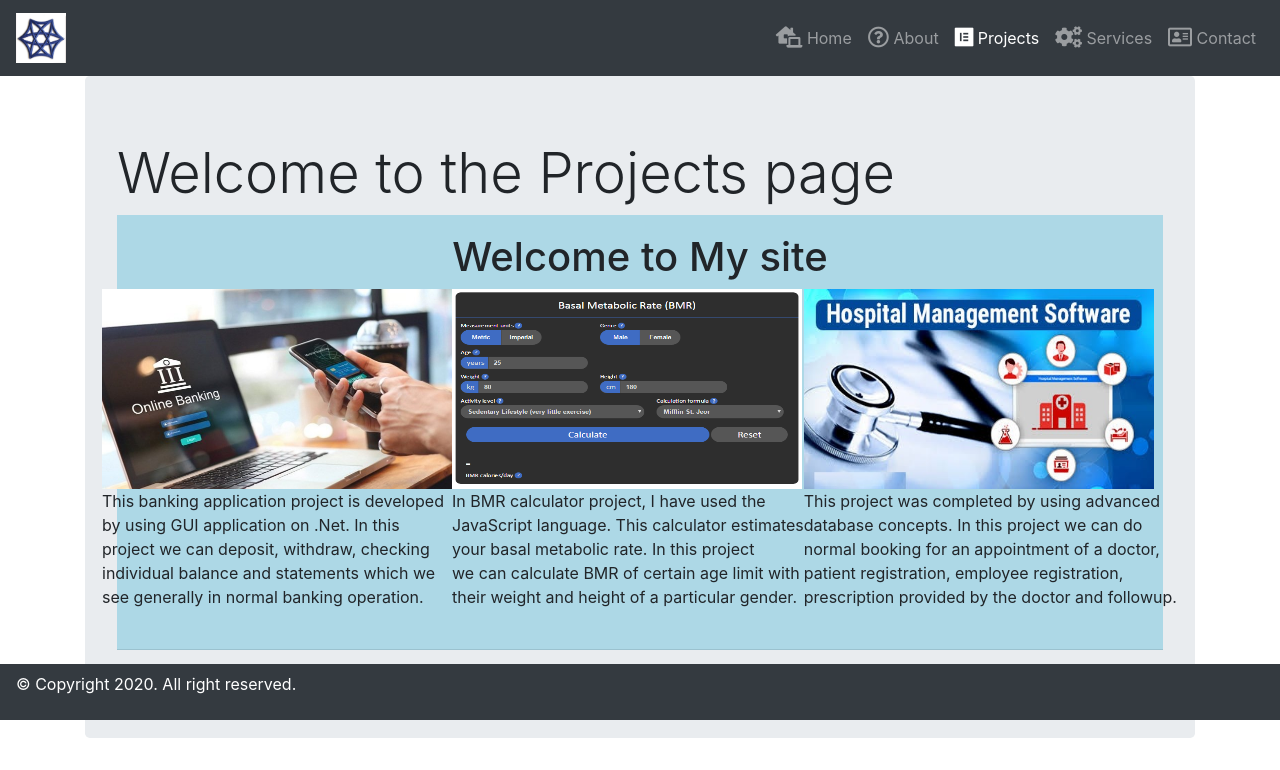
Repository: laxmangothe2020/COMP229Assignment
Page: http://localhost/projects
The author's editor kept a copy of each file at every save. The page is drawn from the files as they stood at one save, then again after the next save.
The browser window is 1280 px wide. The pictures show the whole page.
The page is served by the project's Node server (server.js). Other server files are loaded and not shown.

Above is the page before, as saved 2021-02-11 21:06:35.

### views/index.ejs

<%- include partials/header.ejs %>

   <%- include partials/main_nav.ejs %>

      <!-- Main Contain -->
   <main class="container">
    <div class="jumbotron">
    <h1 class="display-4"> Welcome to the <%= title %> page </h1>
    <!--Using Switch case all infornation passed through here-->
      <% switch (title) {
        case 'Home' : %>
        <%- include partials/home.ejs %>
                <% break;

        case 'About' : %>
        <%- include partials/about.ejs %>
                <% break;

        case 'Projects' : %>
        <%- include partials/projects.ejs %>
                <% break;

        case 'Services' : %>
        <%- include partials/services.ejs %>
                <% break;

        case 'Contact' : %>
        <%- include partials/contact.ejs %>
              <% break;
       } %>
      <hr class="my-4">
    </div>
  </main>

   <%- include partials/bottom_nav.ejs %>


    <%- include partials/footer.ejs %>

### views/partials/header.ejs

<!DOCTYPE html>
<html lang="en">
  <head>
   <meta charset="UTF-8">
   <meta name="viewport" content="with=device-width, initial-scale=1.0">
    <title><%= title %></title>

  <!-- CSS Section-->
  <link rel="stylesheet" href="/bootstrap/dist/css/bootstrap.min.css">
  <link rel="stylesheet" href="/@fortawesome/fontawesome-free/css/all.min.css">
  <link rel='stylesheet' href='/Content/app.css'/>

</head>
<body>

### views/partials/main_nav.ejs
<!-- Main Navigation -->
   <nav class="navbar navbar-expand-lg navbar-dark bg-dark">
      <a class="navbar-brand" href="/"><img src="./Assets/images/hexagon.jpg" alt="Hexagon picture" width="50" height="50"></a>
      <button class="navbar-toggler" type="button" data-toggle="collapse" data-target="#navbarSupportedContent" aria-controls="navbarSupportedContent" aria-expanded="false" aria-label="Toggle navigation">
       <span class="navbar-toggler-icon"></span>
     </button>

     <div class="collapse navbar-collapse" id="navbarSupportedContent">
        <ul class="navbar-nav ml-auto">

          <% if (title == "Home") { %>
        <li class="nav-item active">
        <% } else { %>
        <li class="nav-item">
        <% } %>
          <a class="nav-link" href="/home"><i class="fas fa-lg fa-laptop-house"></i> Home </a>
        </li>

        <% if (title == "About") { %>
          <li class="nav-item active">
          <% } else { %>
          <li class="nav-item">
          <% } %>
        <a class="nav-link" href="/about"><i class="far fa-lg fa-question-circle"></i> About </a>
        </li>

        <% if (title == "Projects") { %>
          <li class="nav-item active">
          <% } else { %>
          <li class="nav-item">
          <% } %>
        <a class="nav-link" href="/projects"><i class="fab fa-lg fa-elementor"></i> Projects </a>
        </li>

        <% if (title == "Services") { %>
          <li class="nav-item active">
          <% } else { %>
          <li class="nav-item">
          <% } %>
        <a class="nav-link" href="/services"><i class="fas fa-lg fa-cogs"></i> Services </a>
        </li>

        <% if (title == "Contact") { %>
          <li class="nav-item active">
          <% } else { %>
          <li class="nav-item">
          <% } %>
        <a class="nav-link" href="/contact"><i class="far fa-lg fa-address-card"></i> Contact </a>

        </li>

      </div>
    </nav>

### views/partials/home.ejs
<body>
   <div style="background-color: lightblue;margin-bottom: 10px">
                    <h3 style="padding-left: 40px;padding-top:10px;color: #AA7439"><h1 style="text-align:center;">Welcome to My site</h1>
                    <div style="width: 100%;height:100%;background-color:lightblue;">
                        <img src="./Assets/images/homeimg.png" alt="3D Picture" width="450" style="float: right;margin-left: 20px;margin-right:20px;">
                       <p style="padding-left:15px; padding-right: 10px; color:#696969;margin:20px;text-align: justify;line-height:1.7;padding-bottom: 20px;">
                           Your new MyWebsite Now is here! Let's build and publish your website together. We developed this series of help articles to introduce you to the basic functions of web design with your MyWebsite Now.Our industry software experts have years of experience building business automation web solutions for a number of verticals. We use custom APIs and our mastery of web services to build web-based automation services for applications like inventory control, digital marketing and customer relationship management.
                           <br> <br><b> MISSION STATEMENT </b><br><br>
                            My mission is to have a successful careers in software engineering and graduate education with a thorough understanding of software engineering and experiential learning opportunities to apply that knowledge to solve real-world problems.
                             </p>
                    </div>
                    </div>
        <p>
         <h5 style="text-align:center;"><a href="/about"> About Page</a></h5>
        </p>
         <div >
                <div class="social" style="float:left;clear:none;float: right;">

                   <img src="./Assets/images/fbcolor.png">

                   <img src="./Assets/images/InstaColor.png">

                    <img src="./Assets/images/twitterColor.png">
                    <img src="./Assets/images/gPlusColor.png">
               </div>
            </div>

</body>

### views/partials/about.ejs

         <div id="contentEditable">


                    <div style="background-color: lightblue;">
                        <h3 style="padding-left: 40px;padding-top:20px;color: #AA7439"><h3 style="text-align:center;"> About Me </h3>
                        <div style="width: 100%;height:100%;background-color:lightblue;">
                            <img src="./Assets/images/laxman.jpeg" alt="Security for Life" width="300" style="float: right;margin-left: 30px;margin-right:30px">
                           <p style="padding-left:15px; padding-right: 10px; color:#696969;margin:20px;text-align: justify;line-height:1.7;padding-bottom: 20px;">
                             Hello, my name is Laxman Gothe. Currently, I am a student of Software Engineering Technology in the 3rd semester. I am from Nepal. I believe that learning never ends. I love hiking, rafting, and traveling to new places in my free time.
                             <br>
                             <br>
                             Regarding to my education, I had completed a bachlor's degree in Electronics and Communication Engineering fro Tribhuvan University, Nepal.
                             <br>
                             <br>
                             I had enrolled in Software Engineering Technology at Centennial College to a software developer and currently I am enrolled in 3rd semester. Software technology is my first subject that I am taking in Canada and I am enjoying it as it is my part of interest too.
                             <br>
                             <br>
                             Thank You
                             <br>
                             <br>
                             With Regards
                             <br>
                             <br>
                             Laxman Gothe
                             <br>
                             <br>
                             301102988

                           </p>
                       </div>


                    </div>
        </div>
<p>
<h5 style="text-align:center;"><a href="/public/PDF/resume.pdf"> Resume </a></h5>
</p>

### views/partials/projects.ejs
<body>
 <div style="background-color: lightblue;margin-bottom: 15px">
     <h3 style="padding-left: 40px;padding-top:10px;color: #AA7439">
        <h1 style="text-align:center;">Welcome to My site</h1>
        <div style="width: 100%;height:100%;background-color:lightblue;"></div>
          <div id="contentEditable">
            <div class="row">
             <div class="column">
              <img src="./Assets/images/banking.jpg" width="350" height="200">
              <p> This banking application project is developed<br>
                 by using GUI application on .Net. In this  <br>
                 project we can deposit, withdraw, checking<br>
                 individual balance and statements which we <br>
                 see generally in normal banking operation.</p>
            </div>


           <div class="column">
             <img src="./Assets/images/bmr.png" width="350" height="200" >
              <p> In BMR calculator project, I have used the<br>
                  JavaScript language. This calculator estimates <br>
                  your basal metabolic rate. In this project <br>
                  we can calculate BMR of certain age limit with <br>
                  their weight and height of a particular gender.</p>
           </div>
           <div class="column">
               <img src="./Assets/images/hospital.jpg" width="350" height="200" >
               <p> This project was completed by using advanced<br>
                   database concepts. In this project we can do <br>
                   normal booking for an appointment of a doctor,<br>
                   patient registration, employee registration,<br>
                   prescription provided by the doctor and followup.</p>
           </div>
      </div>
  </div>
 </body>

### views/partials/services.ejs


<div class="row">
    <div class="column">
        <img src="./Assets/images/mobile.jpg" width="350" height="250" >
    </div>
    <div class="column">
        <img src="./Assets/images/game.jpg" width="350" height="250" >
    </div>
    <div class="column">
        <img src="./Assets/images/quality.jpg" width="350" height="250" >
    </div>
    <br><p><b>Services we provides are:</b></p><br>
    <br><ul style="list-style-image:url(images/bullet.png);">
    <li>Mobile Development  📱</li>
    <li>Game Development  🎮</li>
    <li>Quality Assurance  🎖️</li>
    <li>Website Design  🌐</li>
    <li>Technical Support  ♻️</li>
    </ul>
</div>

### views/partials/contact.ejs
<body>
 <div style="background-color: lightblue;margin-bottom: 10px">
  <h3 style="padding-left: 40px;padding-top:10px;color: #AA7439"><h1 style="text-align:center;">Welcome to My site</h1>
   <div style="width: 100%;height:100%;background-color:lightblue;">
      <div class="container">
       <h5 class="display-5">Please Fillup the following details</h5>
         <div id="errorMessage" class="alert alert-danger" role="alert" hidden>
       </div>

     <form id="conactForm">
      <div class="form-group">
        <label for="firstName">First Name</label>
        <input type="text" class="form-control" id="firstName" name="firstName" aria-describedby="firstName"
        placeholder="Enter First Name" required autofocus>
      </div>

      <div class="form-group">
        <label for="lastName">Last Name</label>
        <input type="text" class="form-control" id="lastName" name="lastName" aria-describedby="lastName"
        placeholder="Enter Last Name" required>
      </div>

      <div class="form-group">
        <label for="contactNumber">Contact Number</label>
        <input type="tel" class="form-control" id="contactNumber" name="contactNumber" aria-describedby="contactNumber"
        placeholder="Enter Contact Number" required>
      </div>

      <div class="form-group">
        <label for="emailAddress">Email address</label>
        <input type="email" class="form-control" id="emailAddress" name="emailAddress" aria-describedby="emailAddress"
        placeholder="Enter Email" required>
      </div>

      <div class="form-group">
        <label for="shortMessage">Your Message</label>
        <textarea class="form-control" id="shortMessage"  name="shortMessage" rows="3" aria-describedby="shortMessage" placeholder="--If you have Short message, please write here--" required></textarea></textarea>
      </div>

      <button type="button" class="btn btn-outline-success">Submit</button></a>
      <!--<button id="submitButton" type="submit" class="btn btn-primary btn-lg"><i class="fas fa-share-square"></i> Send</button> -->
      <button type="button" class="btn btn-outline-danger">Cancel</button>
     </form>
     </div>
    </div>
   </div>
   </body>

### views/partials/bottom_nav.ejs
<!-- Bottom Nav -->

    <footer>

       <nav class="navbar fixed-bottom navbar-dark bg-dark">
           <p style="color:white;">&copy; Copyright 2020. All right reserved.</p>
       </nav>

    </footer>

### views/partials/footer.ejs
<!-- Script Section-->
    <script src="/jquery/dist/jquery.min.js"></script>
    <script src="/bootstrap/dist/js/bootstrap.min.js"></script>
    <script src="/Scripts/app.js"></script>
 </body>
</html>

### server.js
#!/usr/bin/env node

/**
 * Module dependencies.
 */

let app = require('./app');
let debug = require('debug')('week4:server');
let http = require('http');

/**
 * Get port from environment and store in Express.
 */

let port = normalizePort(process.env.PORT || '3000');
app.set('port', port);

/**
 * Create HTTP server.
 */

let server = http.createServer(app);

/**
 * Listen on provided port, on all network interfaces.
 */

server.listen(port);
server.on('error', onError);
server.on('listening', onListening);

/**
 * Normalize a port into a number, string, or false.
 */

function normalizePort(val) {
  let port = parseInt(val, 10);

  if (isNaN(port)) {
    // named pipe
    return val;
  }

  if (port >= 0) {
    // port number
    return port;
  }

  return false;
}

/**
 * Event listener for HTTP server "error" event.
 */

function onError(error) {
  if (error.syscall !== 'listen') {
    throw error;
  }

  let bind = typeof port === 'string'
    ? 'Pipe ' + port
    : 'Port ' + port;

  // handle specific listen errors with friendly messages
  switch (error.code) {
    case 'EACCES':
      console.error(bind + ' requires elevated privileges');
      process.exit(1);
      break;
    case 'EADDRINUSE':
      console.error(bind + ' is already in use');
      process.exit(1);
      break;
    default:
      throw error;
  }
}

/**
 * Event listener for HTTP server "listening" event.
 */

function onListening() {
  let addr = server.address();
  let bind = typeof addr === 'string'
    ? 'pipe ' + addr
    : 'port ' + addr.port;
  debug('Listening on ' + bind);
}

### routes/index.js
var express = require('express');
var router = express.Router();

/* GET home page. */
router.get('/', function(req, res, next) {
  res.render('index', { title: 'Home'});
});

/* GET home page. */
router.get('/home', function(req, res, next) {
  res.render('index', { title: 'Home'});
});

/* GET About page. */
router.get('/about', function(req, res, next) {
  res.render('index', { title: 'About'});
});

/* GET Products page. */
router.get('/projects', function(req, res, next) {
  res.render('index', { title: 'Projects'});
});

/* GET Services page. */
router.get('/services', function(req, res, next) {
  res.render('index', { title: 'Services'});
});


/* GET Contact us page. */
router.get('/contact', function(req, res, next) {
  res.render('index', { title: 'Contact'});
});

module.exports = router;

### app.js
//installed third party packages
let createError = require('http-errors');
let express = require('express');
let path = require('path');
let cookieParser = require('cookie-parser');
let logger = require('morgan');

let indexRouter = require('./routes/index');
let usersRouter = require('./routes/users');

let app = express();

// view engine setup
app.set('views', path.join(__dirname, 'views'));
app.set('view engine', 'ejs');

app.use(logger('dev'));
app.use(express.json());
app.use(express.urlencoded({ extended: false }));
app.use(cookieParser());
app.use(express.static(path.join(__dirname, 'public')));
app.use(express.static(path.join(__dirname, 'node_modules')));

app.use('/', indexRouter);
app.use('/users', usersRouter);
app.use('/public/images', express.static('./public/images') ) ;
app.use('/public/PDF', express.static('./public/PDF'));
app.use('/views/partials', express.static('./views/partials'));


// catch 404 and forward to error handler
app.use(function(req, res, next) {
  next(createError(404));
});

// error handler
app.use(function(err, req, res, next) {
  // set locals, only providing error in development
  res.locals.message = err.message;
  res.locals.error = req.app.get('env') === 'development' ? err : {};

  // render the error page
  res.status(err.status || 500);
  res.render('error');
  res.render('error', {title: 'Error'});
});

module.exports = app;

### public/Content/app.css
/* Custom CSS goes here */

### public/Scripts/app.js
// IIFE
(function(){
    function start()
    {
        console.log("App started...")
    }
    window.addEventListener("load", start);

})();

After the next save:
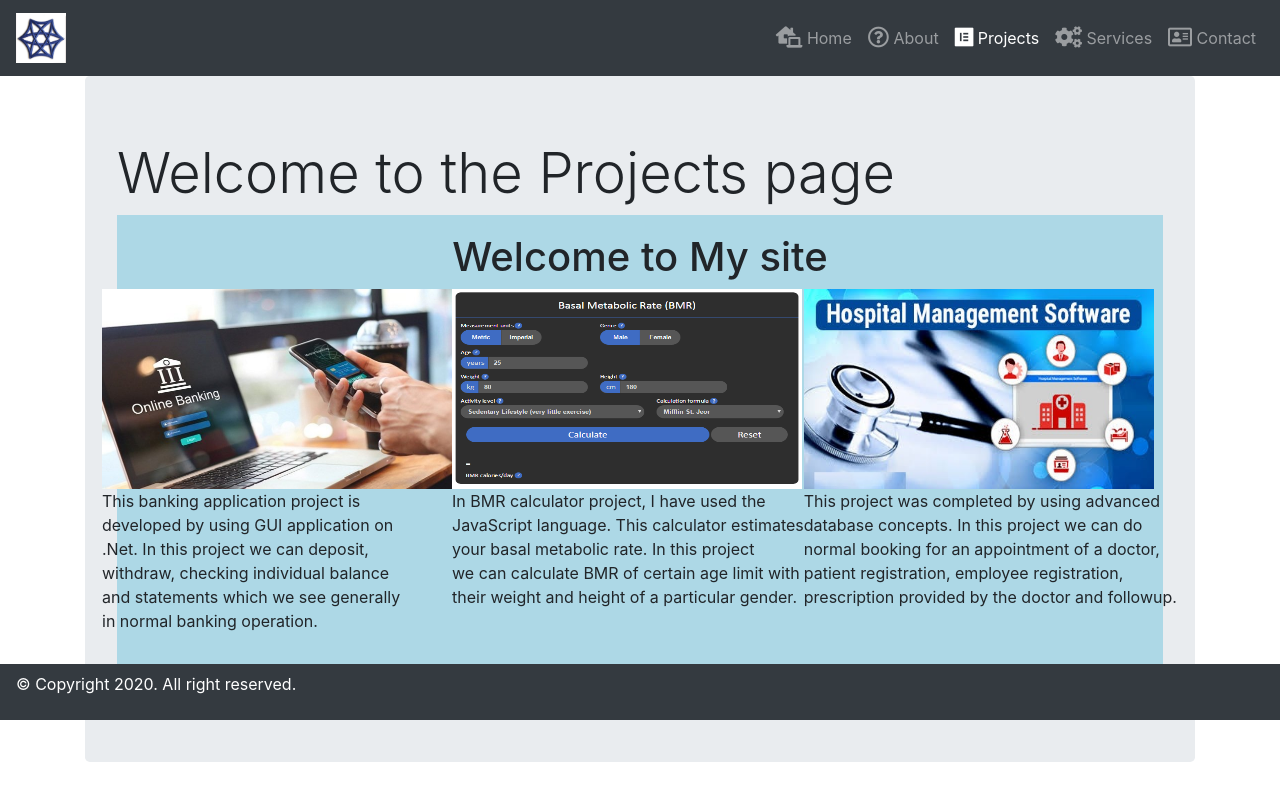
Saved 3 min 0 s later.
--- a/views/partials/projects.ejs
+++ b/views/partials/projects.ejs
@@ -7,11 +7,12 @@
             <div class="row">
              <div class="column">
               <img src="./Assets/images/banking.jpg" width="350" height="200">
-              <p> This banking application project is developed<br>
-                 by using GUI application on .Net. In this  <br>
-                 project we can deposit, withdraw, checking<br>
-                 individual balance and statements which we <br>
-                 see generally in normal banking operation.</p>
+              <p> This banking application project is<br>
+                   developed by using GUI application on<br>
+                    .Net. In this project we can deposit, <br>
+                    withdraw, checking individual balance<br>
+                     and statements which we see generally <br>
+                      in normal banking operation.</p>
             </div>
 
 

After the save that followed:
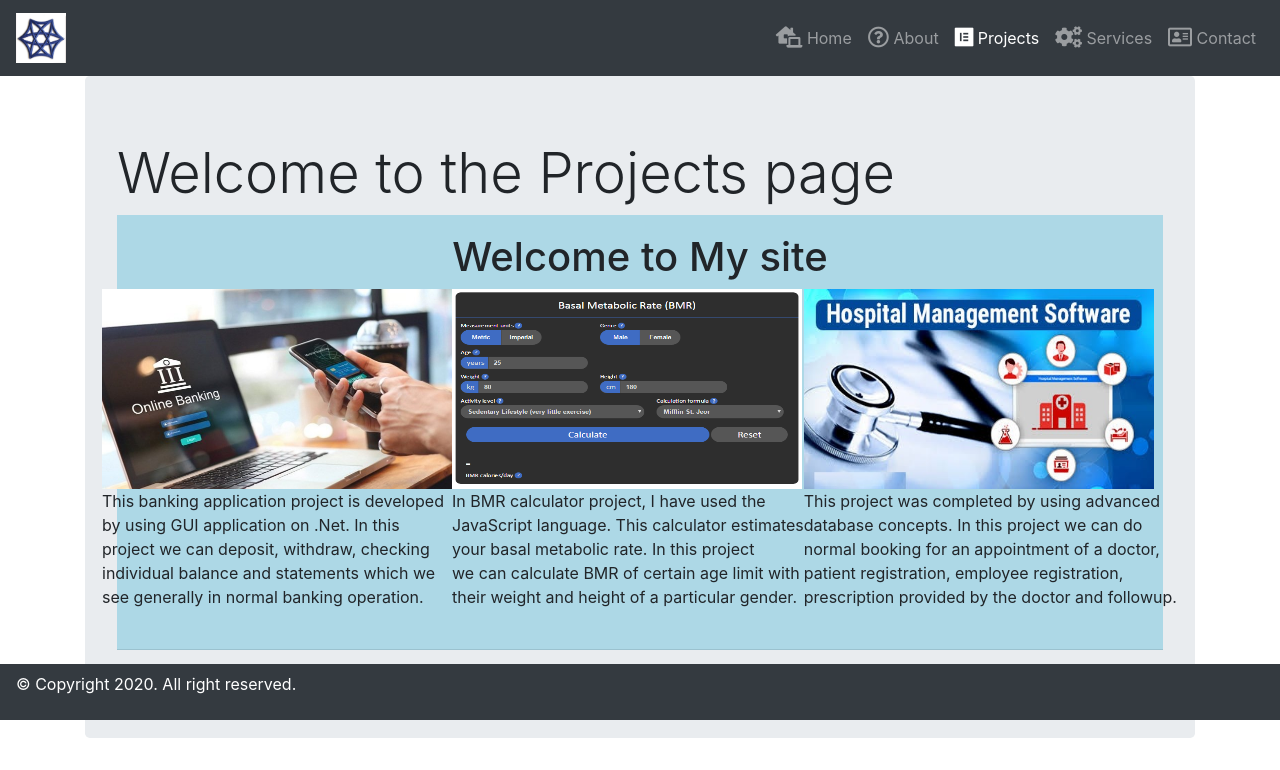
Saved 30 s later.
--- a/views/partials/projects.ejs
+++ b/views/partials/projects.ejs
@@ -7,12 +7,11 @@
             <div class="row">
              <div class="column">
               <img src="./Assets/images/banking.jpg" width="350" height="200">
-              <p> This banking application project is<br>
-                   developed by using GUI application on<br>
-                    .Net. In this project we can deposit, <br>
-                    withdraw, checking individual balance<br>
-                     and statements which we see generally <br>
-                      in normal banking operation.</p>
+              <p> This banking application project is developed<br>
+                 by using GUI application on .Net. In this  <br>
+                 project we can deposit, withdraw, checking<br>
+                 individual balance and statements which we <br>
+                 see generally in normal banking operation.</p>
             </div>
 
 
